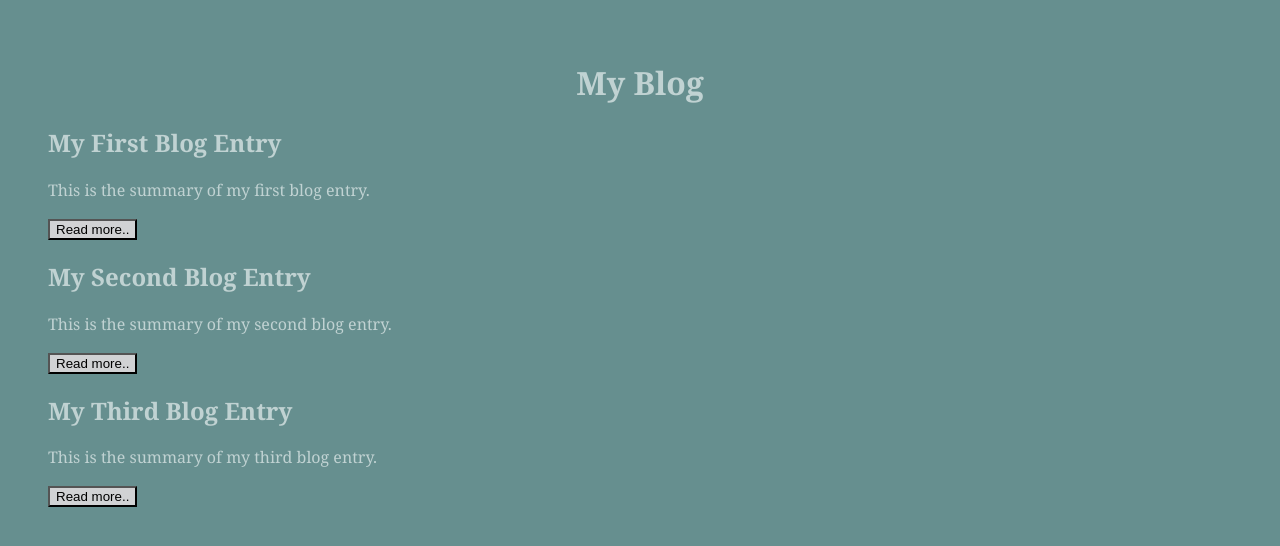
Repository: deniseada/class1
Page: /
These files come from the project's save history. The page is drawn as it stood at one moment and after the next save; the edit follows.
The browser window is 1280 px wide. The pictures show the whole page.
The project was rebuilt for these pictures with package versions that can differ from the ones it lists, and the page was loaded fresh each time. Also part of the build but not shown: vite.config.js.

Above is the page before, as saved 2025-09-10 14:02:07.

After the next save:
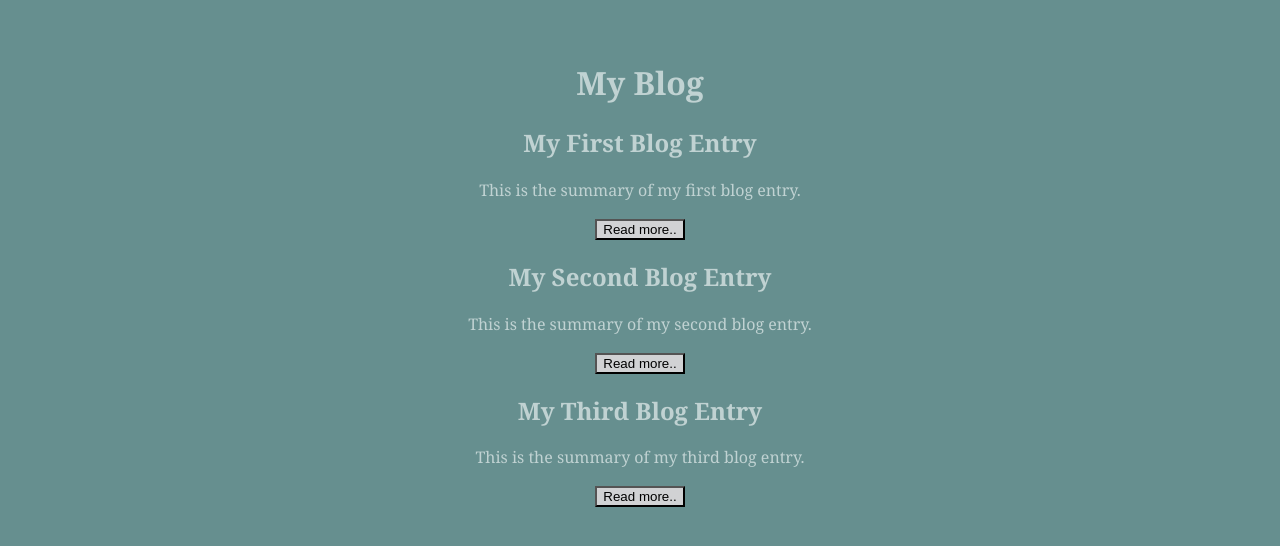
Saved 8 s later.
--- a/src/index.css
+++ b/src/index.css
@@ -3,7 +3,7 @@
   background-color: rgb(102, 143, 143);
   color: rgb(192, 210, 210);
   margin: 40px;
-  justify-content: center;
+  text-align: center;
 }
 h1 {
   color: rgb(192, 210, 210);

After the save that followed:
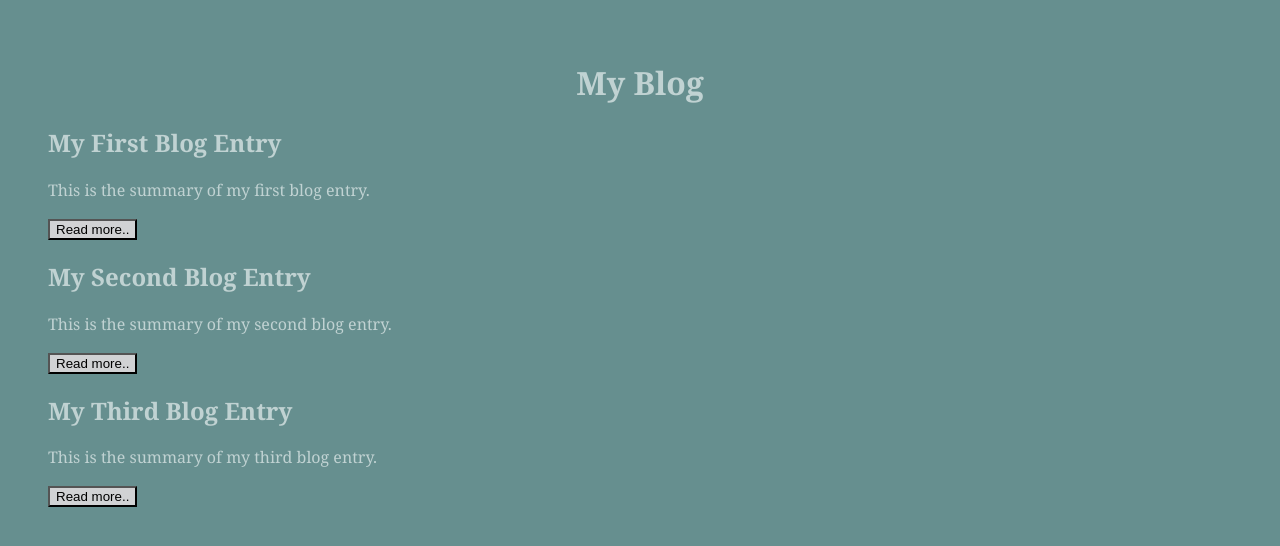
Saved 14 s later.
--- a/src/index.css
+++ b/src/index.css
@@ -3,7 +3,6 @@
   background-color: rgb(102, 143, 143);
   color: rgb(192, 210, 210);
   margin: 40px;
-  text-align: center;
 }
 h1 {
   color: rgb(192, 210, 210);
